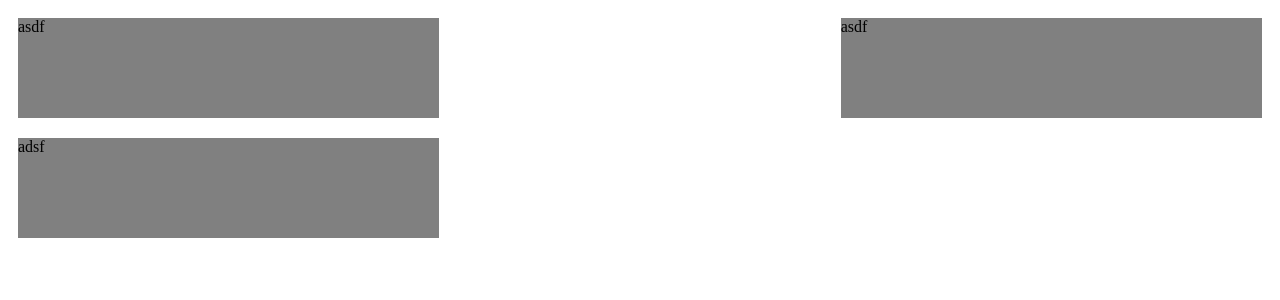
Repository: ervinne13/gg-basic-web-frontend-development
Page: modules/css/long-samples/grid-system-1.html
An editor plug-in stored every save of this project. The page is shown before and after the next save, followed by the edit.
The browser window is 1280 px wide. The pictures show the whole page.

Above is the page before, as saved 2019-07-04 18:04:29.

After the next save:
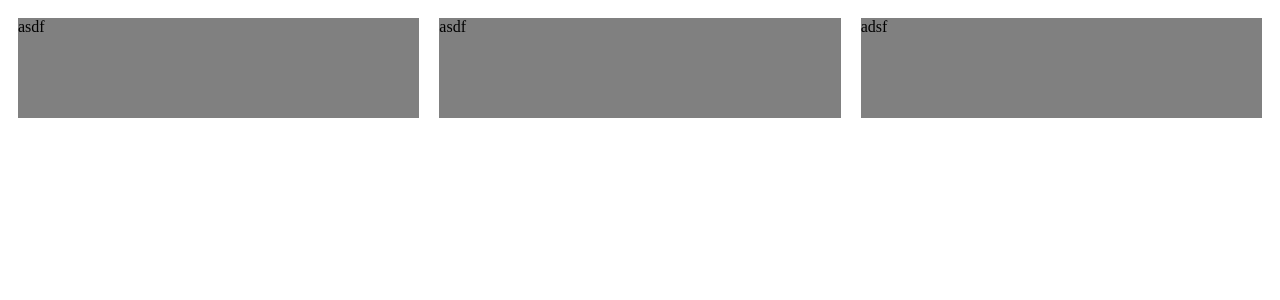
Saved 6 s later.
--- a/modules/css/long-samples/grid-system-1.html
+++ b/modules/css/long-samples/grid-system-1.html
@@ -16,7 +16,7 @@
                 flex-basis: 33.33%;
                 width: 259px;
                 padding: 10px;
-                /* box-sizing: border-box; */
+                box-sizing: border-box;
             }
 
             .box {

After the save that followed:
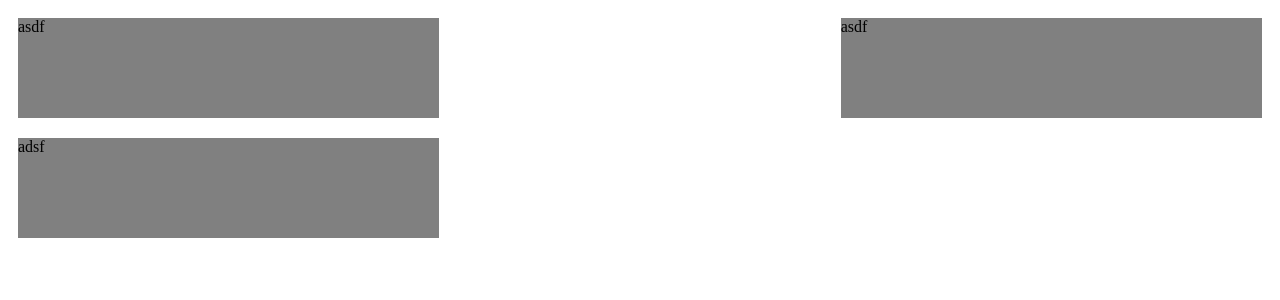
Saved 18 s later.
--- a/modules/css/long-samples/grid-system-1.html
+++ b/modules/css/long-samples/grid-system-1.html
@@ -16,7 +16,7 @@
                 flex-basis: 33.33%;
                 width: 259px;
                 padding: 10px;
-                box-sizing: border-box;
+                /* box-sizing: border-box; */
             }
 
             .box {
